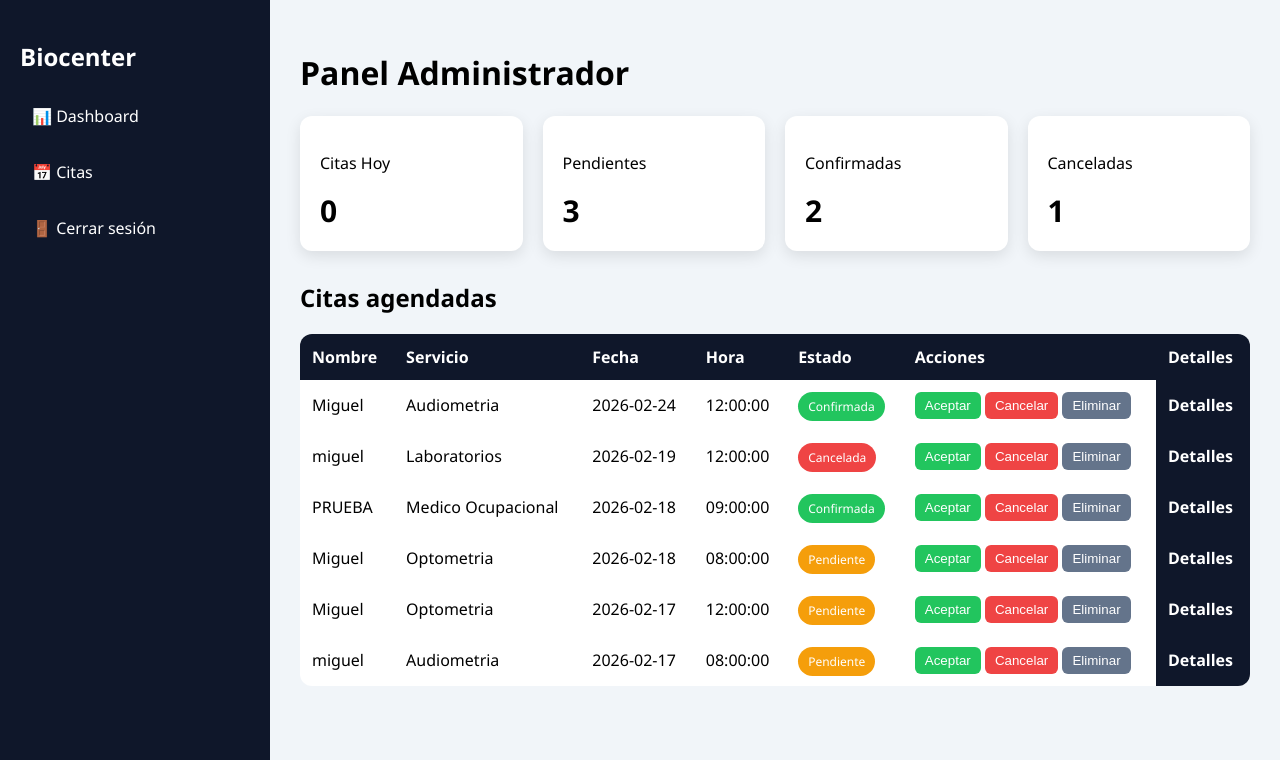
Repository: Miguelperdomo/Biocenter
Page: http://localhost/public_html/PHP/panel.php
An editor plug-in stored every save of this project. The page is shown before and after a run of saves, followed by the edit.
The browser window is 1280 px wide. The pictures show the whole page.
The page is run by PHP 8.4 with error messages shown; the project is at /var/www/html/. The session is filled in as if someone had signed in: {"admin": {"id": 1, "usuario": "admin", "email": "perdomomiguel2004@gmail.com"}}. Other server files are loaded and not shown. The database holds what the project's SQL file puts in it.

Above is the page before, as saved 2026-02-18 09:34:24.

### PHP/panel.php
<?php
session_start();
require "../conection/conexion.php";

if(!isset($_SESSION['admin'])){
    header("Location: ../login.php");
    exit();
}

/* CONTADORES */
$hoy = date("Y-m-d");

$citasHoy = $conn->query("SELECT COUNT(*) total FROM citas WHERE fecha='$hoy'")->fetch_assoc()['total'];
$pendientes = $conn->query("SELECT COUNT(*) total FROM citas WHERE estado='Pendiente'")->fetch_assoc()['total'];
$confirmadas = $conn->query("SELECT COUNT(*) total FROM citas WHERE estado='Confirmada'")->fetch_assoc()['total'];
$canceladas = $conn->query("SELECT COUNT(*) total FROM citas WHERE estado='Cancelada'")->fetch_assoc()['total'];

/* LISTAR CITAS */
$citas = $conn->query("SELECT * FROM citas ORDER BY fecha DESC, hora DESC");
?>

<!DOCTYPE html>
<html lang="es">
<head>
<meta charset="UTF-8">
<meta name="viewport" content="width=device-width, initial-scale=1.0">
<title>Panel Admin</title>

<style>
body{margin:0;font-family:'Segoe UI';display:flex;background:#f1f5f9;}
.sidebar{width:230px;background:#0f172a;height:100vh;color:white;padding:20px;}
.sidebar a{display:block;color:white;text-decoration:none;padding:12px;margin:10px 0;border-radius:6px;}
.sidebar a:hover{background:#2563eb;}
.main{flex:1;padding:30px;}

.cards{display:grid;grid-template-columns:repeat(auto-fit,minmax(200px,1fr));gap:20px;margin-bottom:30px;}
.card{background:white;padding:20px;border-radius:12px;box-shadow:0 5px 15px rgba(0,0,0,.1);}
.card h3{margin:0;font-size:30px;}

table{width:100%;border-collapse:collapse;background:white;border-radius:12px;overflow:hidden;}
th,td{padding:12px;text-align:left;}
th{background:#0f172a;color:white;}

.estado{
    padding:6px 10px;
    border-radius:20px;
    color:white;
    font-size:12px;
}
.pendiente{background:#f59e0b;}
.confirmada{background:#22c55e;}
.cancelada{background:#ef4444;}

.btn{padding:6px 10px;border:none;border-radius:6px;color:white;cursor:pointer;}
.accept{background:#22c55e;}
.cancel{background:#ef4444;}
.delete{background:#64748b;}


/* ================= RESPONSIVE PANEL ================= */

@media(max-width: 900px){

    body{
        flex-direction:column;
    }

    .sidebar{
        width:100%;
        height:auto;
        display:flex;
        justify-content:space-around;
        align-items:center;
        padding:10px;
    }

    .sidebar h2{
        display:none;
    }

    .sidebar a{
        margin:0;
        font-size:14px;
        padding:10px;
    }

    .main{
        padding:15px;
    }

    .cards{
        grid-template-columns:1fr 1fr;
        gap:10px;
    }

}

.modal{
    display:none;
    position:fixed;
    top:0;
    left:0;
    width:100%;
    height:100%;
    background:rgba(0,0,0,.6);
    justify-content:center;
    align-items:center;
    z-index:999;
}

.modal-content{
    background:white;
    padding:30px;
    border-radius:12px;
    text-align:center;
    width:90%;
    max-width:350px;
    animation:pop .3s ease;
}

.modal-content h2{ margin:10px 0; }

.modal-content button{
    padding:10px 20px;
    margin:10px;
    border:none;
    border-radius:6px;
    cursor:pointer;
    color:white;
}

@keyframes pop{
    from{transform:scale(.7);opacity:0;}
    to{transform:scale(1);opacity:1;}
}


/* ================= TABLA RESPONSIVE ================= */

@media(max-width:700px){

    .cards{
        grid-template-columns:1fr;
    }

    table{
        display:block;
        overflow-x:auto;
        white-space:nowrap;
    }

    th,td{
        font-size:14px;
        padding:10px;
    }

}

/* ================= BOTONES MOVIL ================= */

@media(max-width:500px){

    .btn{
        display:block;
        width:100%;
        margin-bottom:5px;
    }

}



</style>
</head>

<body>

<div class="sidebar">
<h2>Biocenter</h2>
<a href="#">📊 Dashboard</a>
<a href="#">📅 Citas</a>
<a href="logout.php">🚪 Cerrar sesión</a>
</div>

<div class="main">

<h1>Panel Administrador</h1>

<!-- CONTADORES -->
<div class="cards">
<div class="card"><p>Citas Hoy</p><h3><?=$citasHoy?></h3></div>
<div class="card"><p>Pendientes</p><h3><?=$pendientes?></h3></div>
<div class="card"><p>Confirmadas</p><h3><?=$confirmadas?></h3></div>
<div class="card"><p>Canceladas</p><h3><?=$canceladas?></h3></div>
</div>

<h2>Citas agendadas</h2>

<table>
<tr>
<th>Nombre</th>
<th>Servicio</th>
<th>Fecha</th>
<th>Hora</th>
<th>Estado</th>
<th>Acciones</th>
<th>Detalles</th>
</tr>

<?php while($row=$citas->fetch_assoc()): ?>

<tr>
<td><?=$row['nombre_completo']?></td>
<td><?=$row['tipo_servicio']?></td>
<td><?=$row['fecha']?></td>
<td><?=$row['hora']?></td>

<td>
<span class="estado
<?=
$row['estado']=="Pendiente"?"pendiente":
($row['estado']=="Confirmada"?"confirmada":"cancelada")
?>">
<?=$row['estado']?>
</span>
</td>

<td>

<button class="btn accept" onclick="confirmarAccion(<?=$row['id']?>,'confirmar')">
Aceptar
</button>

<button class="btn cancel" onclick="confirmarAccion(<?=$row['id']?>,'cancelar')">
Cancelar
</button>

<button class="btn delete" onclick="confirmarAccion(<?=$row['id']?>,'eliminar')">
Eliminar
</button>

<th>Detalles</th>

<form id="formAccion" method="POST" action="./accion_cita.php">
<input type="hidden" name="id" id="idCita">
<input type="hidden" name="accion" id="tipoAccion">
</form>


</td>

</tr>
<div id="modalConfirm" class="modal">
  <div class="modal-content">
    <h2 id="tituloConfirm"></h2>
    <p id="textoConfirm"></p>

    <button class="btn accept" onclick="ejecutarAccion()">SI</button>
    <button class="btn delete" onclick="cerrarConfirm()">Cancelar</button>
  </div>
</div>

<div id="modalResult" class="modal">
  <div class="modal-content">
    <h2 id="tituloResult"></h2>
    <p id="textoResult"></p>
    <button onclick="cerrarResult()">Aceptar</button>
  </div>
</div>


<?php endwhile; ?>

</table>

</div>
</body>


<script>

let accionActual = "";
let citaActual = "";

function confirmarAccion(id, accion){

    citaActual = id;
    accionActual = accion;

    const modal = document.getElementById("modalConfirm");
    const titulo = document.getElementById("tituloConfirm");
    const texto = document.getElementById("textoConfirm");

    modal.style.display="flex";

    if(accion=="confirmar"){
        titulo.innerHTML="Confirmar cita";
        texto.innerHTML="¿Seguro que deseas ACEPTAR esta cita?";
    }

    if(accion=="cancelar"){
        titulo.innerHTML="Cancelar cita";
        texto.innerHTML="¿Seguro que deseas CANCELAR esta cita?";
    }

    if(accion=="eliminar"){
        titulo.innerHTML="Eliminar cita";
        texto.innerHTML="¿Seguro que deseas ELIMINAR esta cita?";
    }
}

function cerrarConfirm(){
    document.getElementById("modalConfirm").style.display="none";
}

function ejecutarAccion(){

    document.getElementById("idCita").value = citaActual;
    document.getElementById("tipoAccion").value = accionActual;

    document.getElementById("formAccion").submit();
}

function cerrarResult(){
    document.getElementById("modalResult").style.display="none";
}

/* MOSTRAR RESULTADO AUTOMATICO */

const params = new URLSearchParams(window.location.search);
const msg = params.get("msg");

if(msg){

    const modal = document.getElementById("modalResult");
    const titulo = document.getElementById("tituloResult");
    const texto = document.getElementById("textoResult");

    modal.style.display="flex";

    if(msg=="Confirmada"){
        titulo.innerHTML="✅ Cita Confirmada";
        texto.innerHTML="La cita fue aceptada correctamente.";
    }

    if(msg=="Cancelada"){
        titulo.innerHTML="❌ Cita Cancelada";
        texto.innerHTML="La cita fue cancelada correctamente.";
    }
}

</script>


</html>

### conection/conexion.php
<?php
$host="localhost";
$user="root";
$pass="";
$db="biocenter";

$conn=new mysqli($host,$user,$pass,$db);

if($conn->connect_error){
    die("Error de conexión");
}
?>

### biocenter (2).sql (the tables this page reads)
CREATE TABLE `citas` (
  `id` int(11) NOT NULL,
  `nombre_completo` varchar(150) NOT NULL,
  `email` varchar(120) NOT NULL,
  `telefono` varchar(20) NOT NULL,
  `tipo_servicio` enum('Medico Ocupacional','Optometria','Audiometria','Laboratorios') NOT NULL,
  `tipo_usuario` enum('Persona Natural','Empresa') NOT NULL,
  `fecha` date NOT NULL,
  `hora` time NOT NULL,
  `estado` enum('Pendiente','Confirmada','Cancelada') DEFAULT 'Pendiente',
  `fecha_registro` timestamp NOT NULL DEFAULT current_timestamp(),
  `observaciones` text DEFAULT NULL
) ENGINE=InnoDB DEFAULT CHARSET=utf8mb4 COLLATE=utf8mb4_general_ci;

INSERT INTO `citas` (`id`, `nombre_completo`, `email`, `telefono`, `tipo_servicio`, `tipo_usuario`, `fecha`, `hora`, `estado`, `fecha_registro`, `observaciones`) VALUES
(1, 'Miguel', 'sistemas@gamil.com', '3160539301', 'Optometria', 'Persona Natural', '2026-02-18', '08:00:00', 'Pendiente', '2026-02-17 17:58:15', 'Pruebaaa'),
(2, 'PRUEBA', 'thebugscompile@gmail.com', '3133854821', 'Medico Ocupacional', 'Empresa', '2026-02-18', '09:00:00', 'Confirmada', '2026-02-17 18:01:56', 'Purba'),
(3, 'miguel', 'biocentersaludocupacional@gmail.com', '3123591195', 'Laboratorios', 'Empresa', '2026-02-19', '12:00:00', 'Cancelada', '2026-02-17 18:03:08', 'sdfafaswdfasdf'),
(4, 'Miguel', 'thebugscompile@gmail.com', '3160539301', 'Optometria', 'Empresa', '2026-02-17', '12:00:00', 'Pendiente', '2026-02-17 18:10:38', 'sdds'),
(5, 'miguel', 'biocentersaludocupacional@gmail.com', '3133854821', 'Audiometria', 'Empresa', '2026-02-17', '08:00:00', 'Pendiente', '2026-02-17 18:13:50', 'VJF'),
(6, 'Miguel', 'thebugscompile@gmail.com', '3133854821', 'Audiometria', 'Empresa', '2026-02-24', '12:00:00', 'Confirmada', '2026-02-17 18:19:38', 'prueba');

ALTER TABLE `citas`
  ADD PRIMARY KEY (`id`);

ALTER TABLE `citas`
  MODIFY `id` int(11) NOT NULL AUTO_INCREMENT, AUTO_INCREMENT=8;

After the next 3 saves:
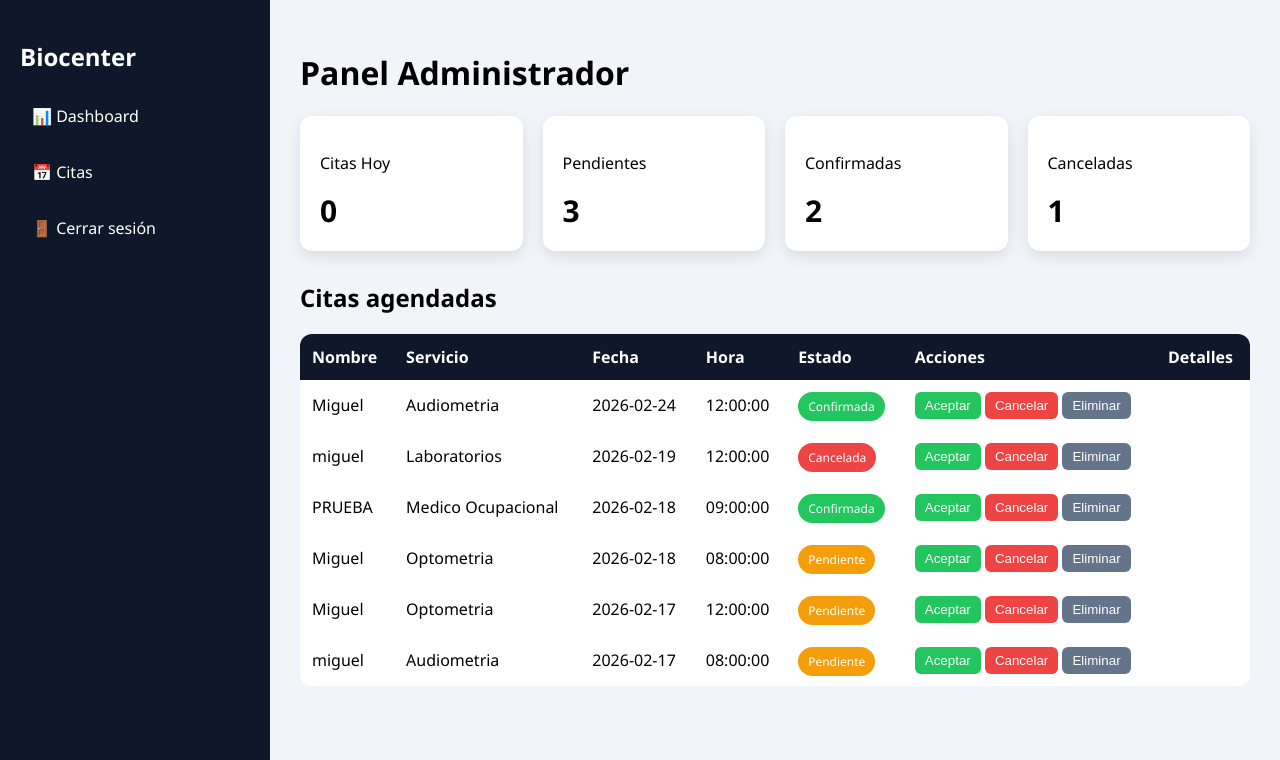
The 3 saves are shown as one change because they came seconds apart.
The last was saved 11 s later.
--- a/PHP/panel.php
+++ b/PHP/panel.php
@@ -239,7 +239,7 @@ Cancelar
 Eliminar
 </button>
 
-<th>Detalles</th>
+
 
 <form id="formAccion" method="POST" action="./accion_cita.php">
 <input type="hidden" name="id" id="idCita">
